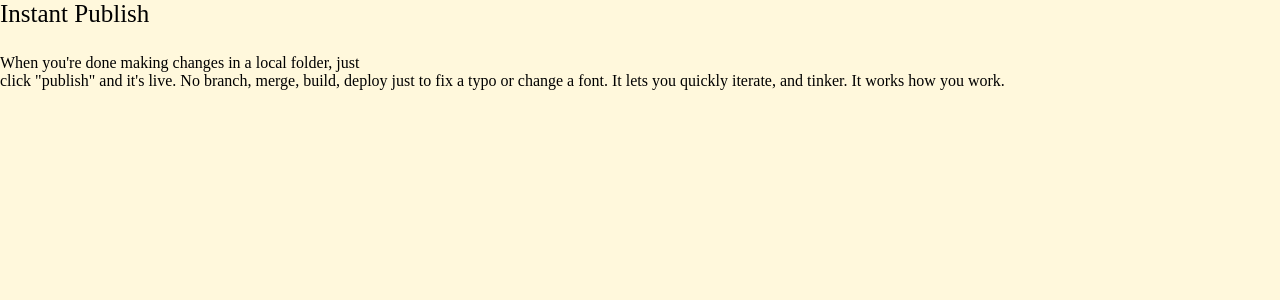
Repository: Pbemits/TEAMWORK-PROJECT-ONE
Page: index.html
The author's editor kept a copy of each file at every save. The page is drawn from the files as they stood at one save, then again after the next save.
The browser window is 1280 px wide. The pictures show the whole page.
Some web fonts or font styles are not loaded; a fallback is used.

Above is the page before, as saved 2023-09-01 22:41:25.

After the next save:
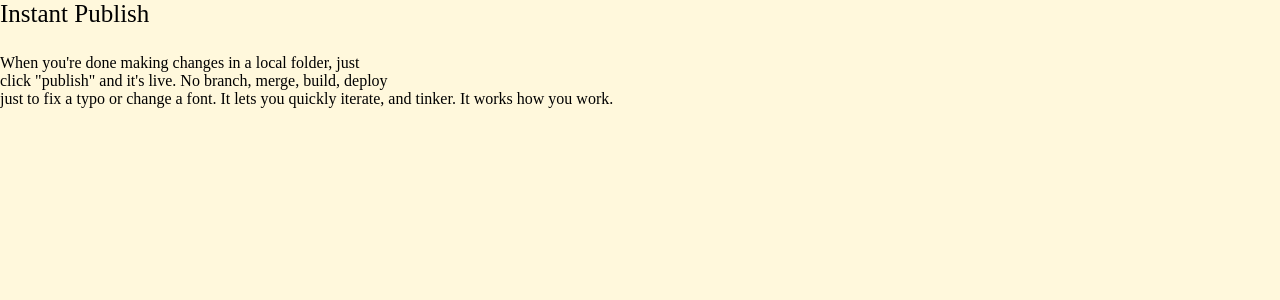
Saved 14 s later.
--- a/index.html
+++ b/index.html
@@ -34,7 +34,7 @@
                             <h3>Instant Publish</h3>
                         </div>
                         <div class="element-texts-paragraph">
-                            <p>When you're done making changes in a local folder, just</br> click "publish" and it's live. No branch, merge, build, deploy just to fix a typo or change a font. It lets you quickly iterate, and tinker. It works how you work.</p>
+                            <p>When you're done making changes in a local folder, just</br> click "publish" and it's live. No branch, merge, build, deploy<br> just to fix a typo or change a font. It lets you quickly iterate, and tinker. It works how you work.</p>
                         </div>
                     </div>
                 </div>
